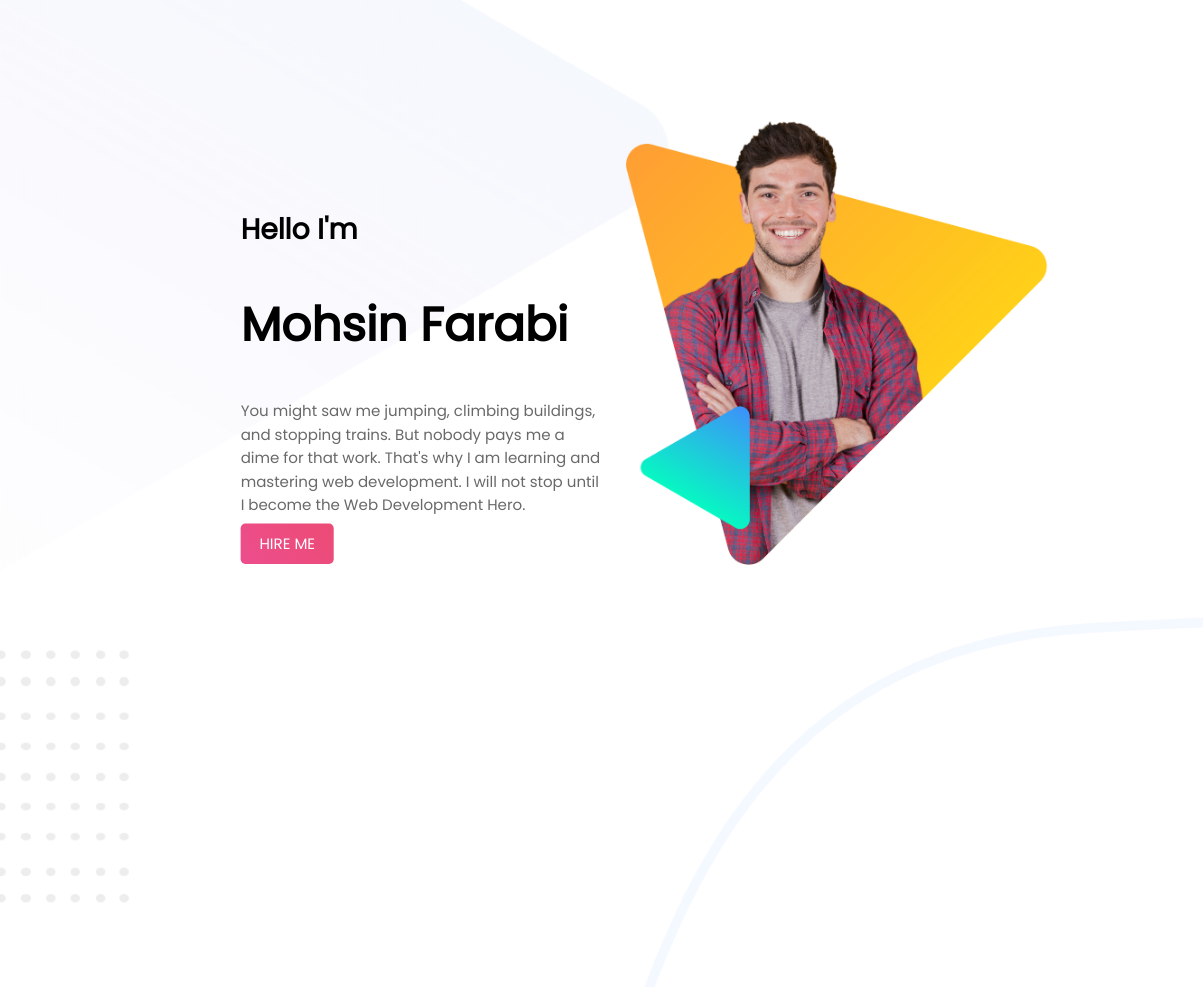
Repository: mohsinfarabi/personal-website
Page: index.html
The author's editor kept a copy of each file at every save. The page is drawn from the files as they stood at one save, then again after the next save.
The browser window is 1280 px wide. The pictures show the whole page, at 94% of full size.

Above is the page before, as saved 2020-07-01 03:41:03.

### index.html
<!DOCTYPE html>
<html lang="en">

<head>
    <meta charset="UTF-8">
    <meta name="viewport" content="width=device-width, initial-scale=1.0">
    <link href="https://fonts.googleapis.com/css2?family=Poppins" rel="stylesheet">
    <link rel="stylesheet" href="style.css">
    <title>Farabi - Web Developer</title>
</head>

<body>
    <section class="header-banner">
        <div class="half-width">
            <h3>Hello I'm</h3>
            <h2>Mohsin Farabi</h2>
            <p>You might saw me jumping, climbing buildings, and stopping trains. But nobody pays me a dime for that work. That's why I am learning and mastering web development. I will not stop until I become the Web Development Hero.</p>
            <a class="link-button" target="_blank" href="https://www.linkedin.com/in/mohsin-farabi-68655040/">HIRE ME</a>
        </div>

        <div class="img-width">
            <img src="images/peter.png" alt="">
        </div>
    </section>



</body>

</html>

### style.css
body {
    margin: 0;
    font-family: 'Poppins', sans-serif;
}

h2 {
    font-size: 50px;
}

h3 {
    font-size: 30px;
}

p {
    color: dimgray;
}

.half-width {
    width: 30%;
    float: left;
    margin-left: 15%;
    margin-top: 15%;
    padding-left: 5%;
}

.img-width {
    width: 35%;
    float: left;
    margin-left: 2%;
    margin-top: 10%;
    padding-left: 0;
}

.img-width img {
    width: 100%;
}

section {
    height: 900px;
    padding-bottom: 150px;
}

.link-button {
    text-decoration: none;
    background-image: linear-gradient(45deg, #ec4e8d, #ec4b74);
    padding: 10px 20px;
    border-radius: 5px;
    color: white;
    font-weight: 400;
}

.header-banner {
    background-image: url("images/header-bg.png");
    background-repeat: no-repeat;
}

After the next save:
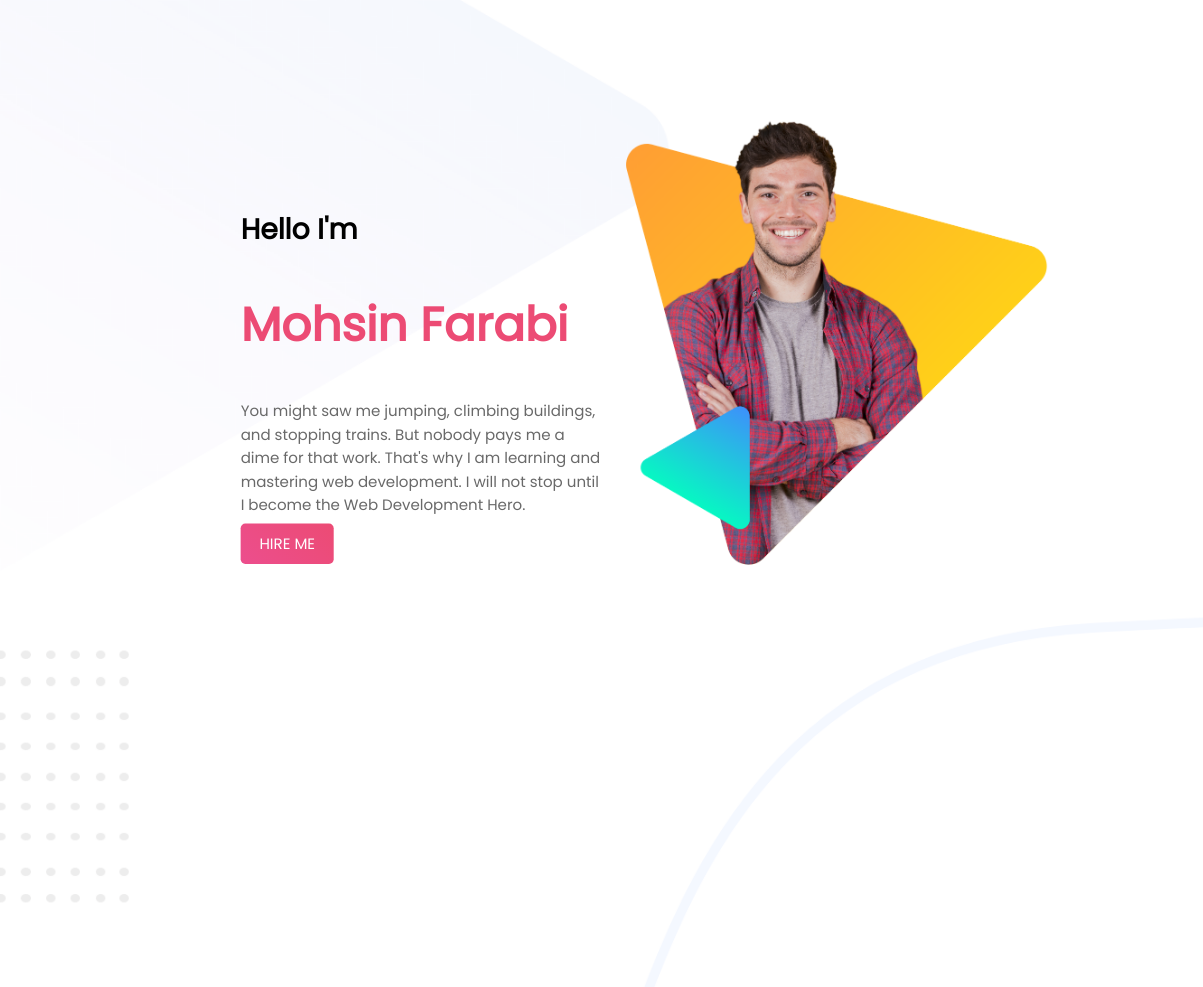
Saved 71 s later.
--- a/style.css
+++ b/style.css
@@ -5,6 +5,7 @@ body {
 
 h2 {
     font-size: 50px;
+    color: #ec4b74;
 }
 
 h3 {
